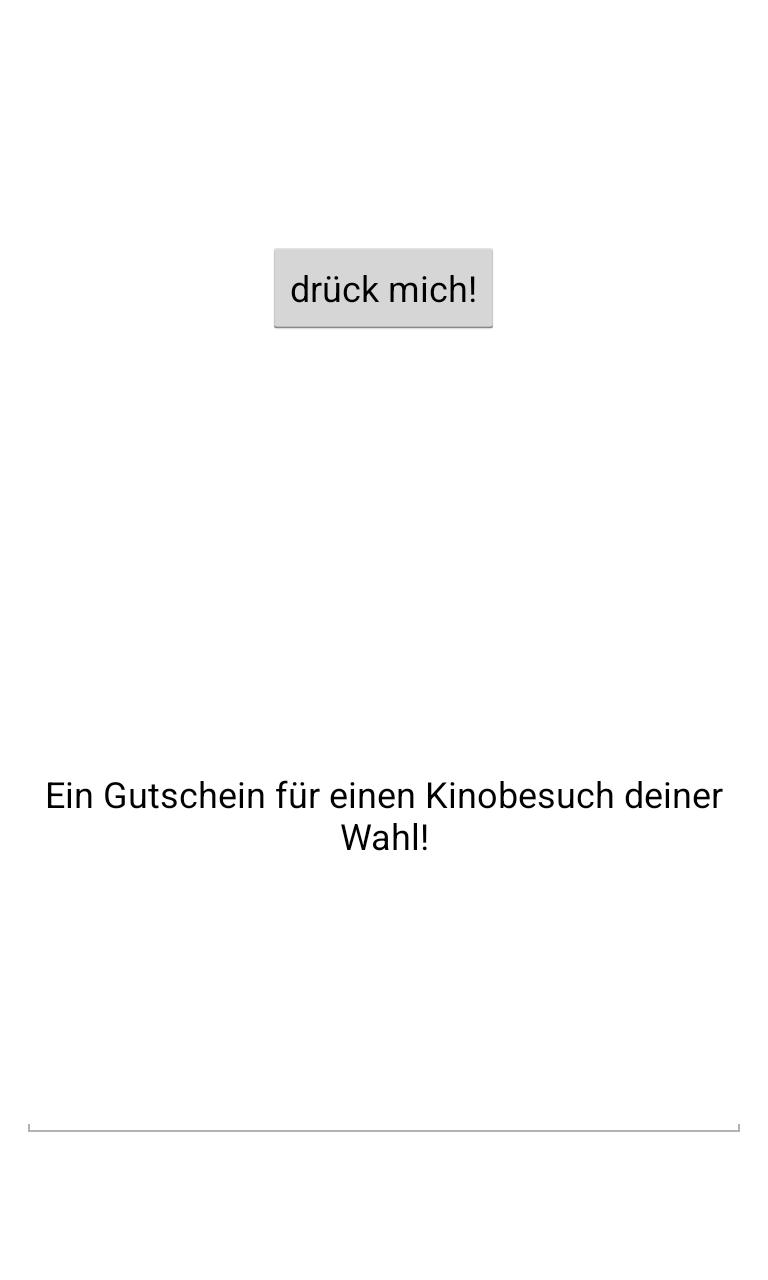
Repository: flashback2k12/ChristmasPresent
Layout: ChristmasPresent/res/layout/activity_first_coupon.xml
An editor plug-in stored every save of this project. The layout is shown before and after the next save, followed by the edit.
It is drawn on a 768 x 1280 px phone screen (xhdpi) without system bars, with theme AppTheme; the app's code is not run.

Above is the layout before, as saved 2012-12-18 18:55:52.

### ChristmasPresent/res/layout/activity_first_coupon.xml
<?xml version="1.0" encoding="utf-8"?>
<RelativeLayout xmlns:android="http://schemas.android.com/apk/res/android"
    android:layout_width="match_parent"
    android:layout_height="match_parent">

    <Button
        android:id="@+id/button1FC"
        android:layout_width="wrap_content"
        android:layout_height="wrap_content"
        android:layout_alignParentTop="true"
        android:layout_centerHorizontal="true"
        android:layout_marginTop="120dp"
        android:onClick="BtnFirstCoupon"
        android:text="@string/button_standard" />

    <EditText
        android:id="@+id/etGutschein1"
        android:layout_width="wrap_content"
        android:layout_height="fill_parent"
        android:layout_below="@+id/button1FC"
        android:layout_marginBottom="70dp"
        android:layout_marginLeft="10dp"
        android:layout_marginRight="10dp"
        android:layout_marginTop="78dp"
        android:contentDescription="@string/gutschein1"
        android:ems="30"
        android:gravity="center"
        android:inputType="textMultiLine|textLongMessage"
        android:text="@string/gutschein1" />

</RelativeLayout>

### ChristmasPresent/res/values-v11/styles.xml
<resources>

	<style  name="AppTheme" parent="android:Theme.Holo.Light" />

</resources>

### ChristmasPresent/res/values/strings.xml
<?xml version="1.0" encoding="utf-8"?>
<resources>

    <string name="app_name">Weihnachtsgeschenk</string>
    <string name="title_activity_main">Weihnachtsgeschenk</string><string name="menu_settings">Menü</string><string name="hello_schatz_z1">Ich wünsche dir alles liebe zum Weihnachtsfest mein Schatz. :-* </string>
    <string name="hello_schatz_z2">Ich hoffe, dass dir die nächsten Punkte gefallen werden!!! :-)</string>

    <string name="button_standard">drück mich!</string>
    <string name="button_zurueck">zurück :-*</string><string name="checkbox1">Gutschein 1</string>
    <string name="checkbox2">Gutschein 2</string>
    <string name="checkbox3">Gutschein 3</string>
    <string name="checkbox4">Gutschein 4</string>
    <string name="checkbox5">Gutschein 5</string>
    <string name="gutschein1">Ein Gutschein für einen Kinobesuch deiner Wahl!</string>
    <string name="gutschein2">Ein Gutschein zum Essen gehen deiner Wahl!</string>
    <string name="gutschein3">Ein Gutschein für eine Massage!</string>
    <string name="gutschein4">Ein Gutschein für ein Candlelight Dinner!</string>
    <string name="gutschein5">Ein Gutschein für 4 Knutsch-Fotos im Passbildautomat (Ecke Löffelfamilie)!</string>


</resources>

Loaded but not shown: ChristmasPresent/res/values-v14/styles.xml (common file); ChristmasPresent/res/values/styles.xml (common file)

After the next save:
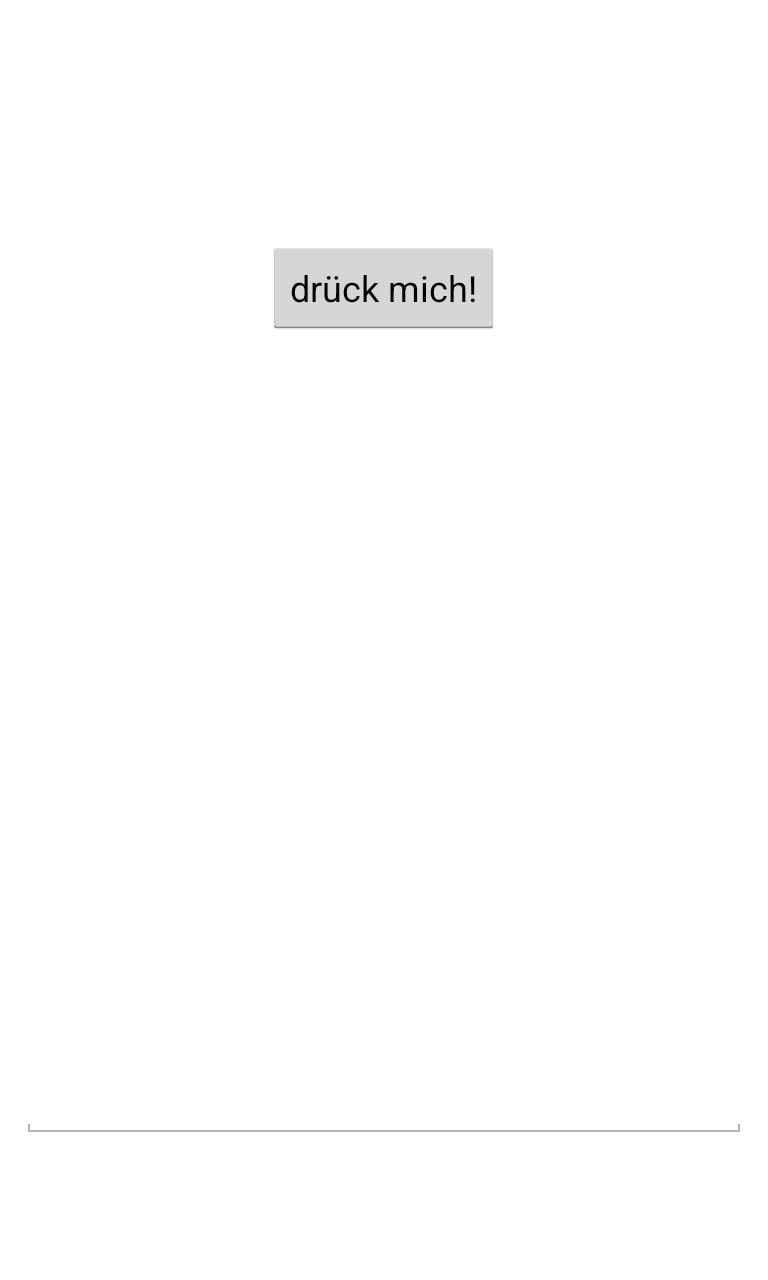
Saved 57 s later.
--- a/ChristmasPresent/res/layout/activity_first_coupon.xml
+++ b/ChristmasPresent/res/layout/activity_first_coupon.xml
@@ -25,7 +25,6 @@
         android:contentDescription="@string/gutschein1"
         android:ems="30"
         android:gravity="center"
-        android:inputType="textMultiLine|textLongMessage"
-        android:text="@string/gutschein1" />
+        android:inputType="textMultiLine|textLongMessage" />
 
 </RelativeLayout>
